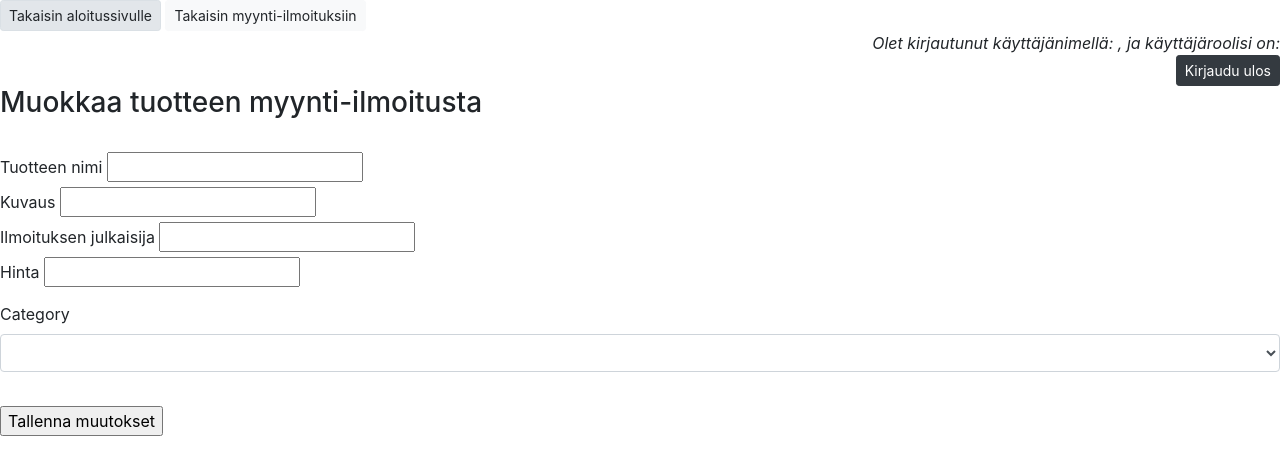
Repository: LiljestromNadja/Backend_s2023_harjoitustyo
Page: http://localhost/editArticle
An editor plug-in stored every save of this project. The page is shown before and after the next save, followed by the edit.
The browser window is 1280 px wide. The pictures show the whole page.
The page is this project's Thymeleaf template; nobody is signed in. The template is opened directly, without the code that normally fills it, so the values that code supplies are empty.

Above is the page before, as saved 2023-11-10 16:40:20.

After the next save:
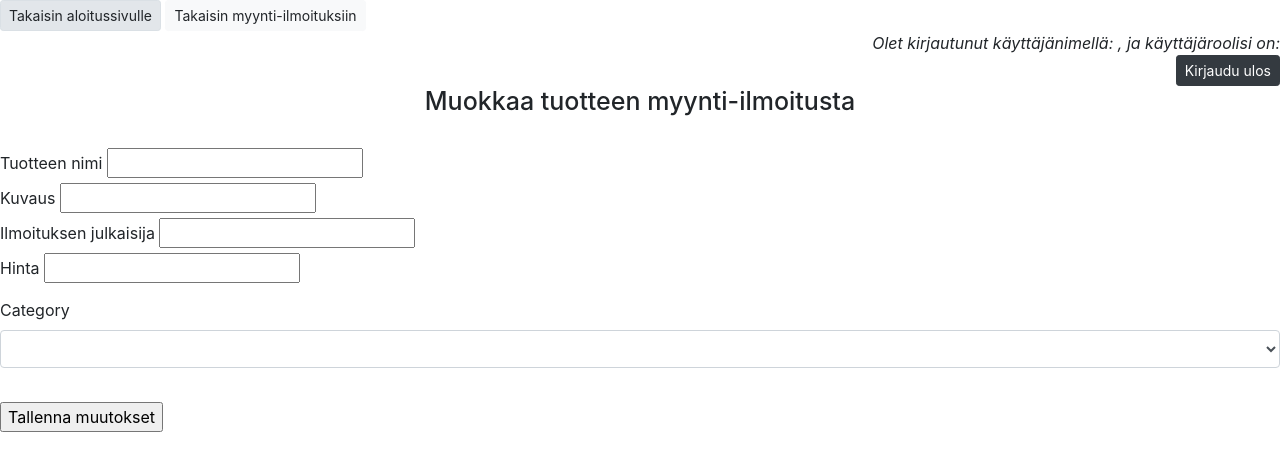
Saved 70 s later.
--- a/harkkas23v01/src/main/resources/templates/editArticle.html
+++ b/harkkas23v01/src/main/resources/templates/editArticle.html
@@ -20,7 +20,7 @@
 			</form>
 		</div>
 
-		<h3>Muokkaa tuotteen myynti-ilmoitusta</h3>
+		<h1 style="text-align: center;font-size: 25px"> Muokkaa tuotteen myynti-ilmoitusta</h1>
 		</br>
 		<div>
 		<form th:object="${article}" th:action="@{../save}" action="#" method="post"> <!-- Tässä menee @{/save} -->
